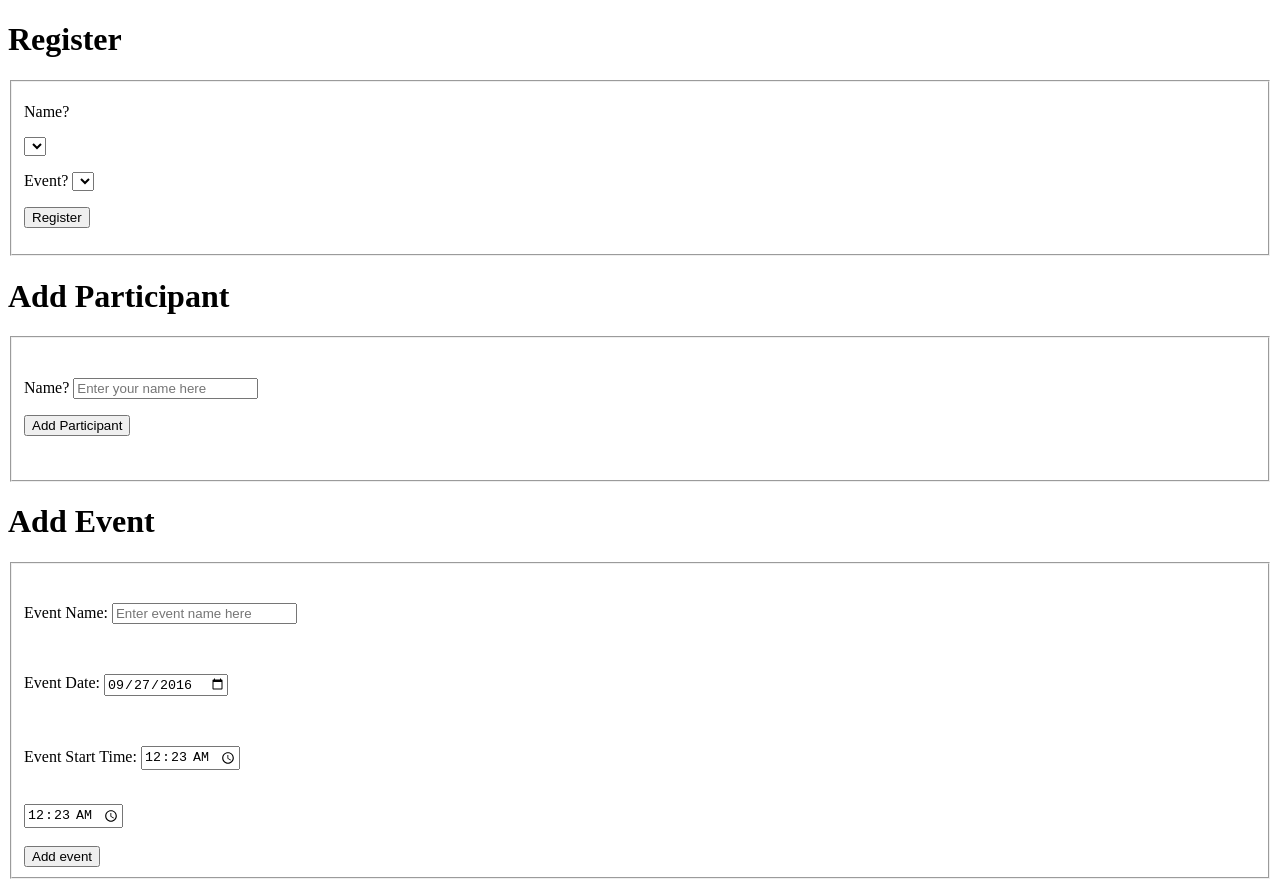
Repository: erickzhao/Event-Registration-Application
Page: http://localhost/
These files come from the project's save history. The page is drawn as it stood at one moment and after a run of saves; the edit follows.
The browser window is 1280 px wide. The pictures show the whole page.
The page is run by PHP 8.4 with error messages shown; the project is at /var/www/html/.

Above is the page before, as saved 2016-09-28 05:15:25.

### workspace-web/EventRegistration/EventRegistration/index.php
<!DOCTYPE html>
<html>
	<head>
		<meta charset="UTF-8">
		<title> Event Registration </title>
		<style>
			.error {color:#FF0000;}
		</style>
	</head>
	<body>
		<?php
			require_once "model/Participant.php";
			require_once "model/Registration.php";
			require_once "model/RegistrationManager.php";
			require_once "model/Event.php";
			require_once "persistence/PersistenceEventRegistration.php";
			session_start();

			//Retreive data from the model
			$pm = new PersistenceEventRegistration();
			$rm = $pm->loadDataFromStore();

			echo "<h1>Register</h1>";
			echo "<form action='register.php' method='post'>";
			echo "<fieldset>";
			echo "<p>Name?</p> <select name='participantspinner'>";
			foreach ($rm->getParticipants() as $participant){
				echo "<option>" . $participant->getName() . "</option>";
			}
			echo "</select><span class='error'>";
			if (isset($_SESSION['errorRegisterParticipant']) && !empty($_SESSION['errorRegisterParticipant'])){
				echo " * " . $_SESSION["errorRegisterParticipant"];
			}
			echo "</span></p>";
			echo "<p>Event? <select name='eventspinner'>";
			foreach ($rm->getEvents() as $event){
				echo "<option>" . $event->getName() . "</option>";
			}
			echo "</select><span class='error'>";
			if (isset($_SESSION['errorRegisterEvent']) && !empty($_SESSION['errorRegisterEvent'])){
				echo " * " . $_SESSION["errorRegisterEvent"];
			}
			echo "</span></p>";
			echo "<p><input type='submit' value='Register'/></p>";
			echo "</fieldset>";
			echo "</form>";
		?>
		<h1> Add Participant </h1>
		<form action = "addparticipant.php" method="post">
			<fieldset>
			<br>
			<p>Name? <input type="text" name="participant_name" placeholder="Enter your name here"/>
			<span class="error">
			<?php
			if (isset($_SESSION['errorParticipantName']) && !empty($_SESSION['errorParticipantName'])){
				echo " * " . $_SESSION["errorParticipantName"];
			}
			?>
			</span></p>
			<p><input type="submit" value="Add Participant"/></p>
			<br>
			</fieldset>
		</form>

		<h1>Add Event</h1>
		<form action = "addevent.php" method="post">
			<fieldset>
			<br>
			<p> Event Name: <input type="text" name="event_name" placeholder="Enter event name here"/>
			<span class="error">
			<?php
			if (isset($_SESSION['errorEventName']) && !empty($_SESSION['errorEventName'])){
				echo " * " . $_SESSION["errorEventName"];
			}
			?>
			</span></p>
			<br>
			<p> Event Date: <input type="date" name="event_date" value="<?php echo date('Y-m-d'); ?>" />
			<span class="error">
			<?php
			if (isset($_SESSION['errorEventDate']) && !empty($_SESSION['errorEventDate'])){
				echo " * " . $_SESSION["errorEventDate"];
			}
			?>
			</span></p>
			<br>
			<p> Event Start Time: <input type="time" name="starttime" value="<?php echo date('H:i'); ?>" />
			<span class="error">
			<?php
			if (isset($_SESSION['errorEventstarttime']) && !empty($_SESSION['errorEventstarttime'])){
				echo " * " . $_SESSION["errorEventstarttime"];
			}
			?>
			</span></p>
			<br>
			<input type="time" name="endtime" value="<?php echo date('H:i'); ?>" /> <br>
			<span class="error">
			<?php
			if (isset($_SESSION['errorEventendtime']) && !empty($_SESSION['errorEventendtime'])){
				echo " * " . $_SESSION["errorEventendtime"];
			}
			?>
			</span>
			<br>
			<input type="submit" value="Add event">
			<br>
			</fieldset>
		</form>
	</body>
</html>

### workspace-web/EventRegistration/EventRegistration/model/Participant.php
<?php
/*PLEASE DO NOT EDIT THIS CODE*/
/*This code was generated using the UMPLE 1.22.0.5146 modeling language!*/

class Participant
{

  //------------------------
  // MEMBER VARIABLES
  //------------------------

  //Participant Attributes
  private $name;

  //------------------------
  // CONSTRUCTOR
  //------------------------

  public function __construct($aName)
  {
    $this->name = $aName;
  }

  //------------------------
  // INTERFACE
  //------------------------

  public function setName($aName)
  {
    $wasSet = false;
    $this->name = $aName;
    $wasSet = true;
    return $wasSet;
  }

  public function getName()
  {
    return $this->name;
  }

  public function equals($compareTo)
  {
    return $this == $compareTo;
  }

  public function delete()
  {}

}
?>

### workspace-web/EventRegistration/EventRegistration/model/Registration.php
<?php
/*PLEASE DO NOT EDIT THIS CODE*/
/*This code was generated using the UMPLE 1.22.0.5146 modeling language!*/

class Registration
{

  //------------------------
  // STATIC VARIABLES
  //------------------------

  private static $nextId = 1;

  //------------------------
  // MEMBER VARIABLES
  //------------------------

  //Autounique Attributes
  private $id;

  //Registration Associations
  private $participant;
  private $event;

  //------------------------
  // CONSTRUCTOR
  //------------------------

  public function __construct($aParticipant, $aEvent)
  {
    $this->id = self::$nextId++;
    if (!$this->setParticipant($aParticipant))
    {
      throw new Exception("Unable to create Registration due to aParticipant");
    }
    if (!$this->setEvent($aEvent))
    {
      throw new Exception("Unable to create Registration due to aEvent");
    }
  }

  //------------------------
  // INTERFACE
  //------------------------

  public function getId()
  {
    return $this->id;
  }

  public function getParticipant()
  {
    return $this->participant;
  }

  public function getEvent()
  {
    return $this->event;
  }

  public function setParticipant($aNewParticipant)
  {
    $wasSet = false;
    if ($aNewParticipant != null)
    {
      $this->participant = $aNewParticipant;
      $wasSet = true;
    }
    return $wasSet;
  }

  public function setEvent($aNewEvent)
  {
    $wasSet = false;
    if ($aNewEvent != null)
    {
      $this->event = $aNewEvent;
      $wasSet = true;
    }
    return $wasSet;
  }

  public function equals($compareTo)
  {
    return $this == $compareTo;
  }

  public function delete()
  {
    $this->participant = null;
    $this->event = null;
  }

}
?>

### workspace-web/EventRegistration/EventRegistration/model/RegistrationManager.php
<?php
/*PLEASE DO NOT EDIT THIS CODE*/
/*This code was generated using the UMPLE 1.22.0.5146 modeling language!*/

class RegistrationManager
{

  //------------------------
  // STATIC VARIABLES
  //------------------------

  private static $theInstance = null;

  //------------------------
  // MEMBER VARIABLES
  //------------------------

  //RegistrationManager Associations
  private $registrations;
  private $participants;
  private $events;

  //------------------------
  // CONSTRUCTOR
  //------------------------

  private function __construct()
  {
    $this->registrations = array();
    $this->participants = array();
    $this->events = array();
  }

  public static function getInstance()
  {
    if(self::$theInstance == null)
    {
      self::$theInstance = new RegistrationManager();
    }
    return self::$theInstance;
  }

  //------------------------
  // INTERFACE
  //------------------------

  public function getRegistration_index($index)
  {
    $aRegistration = $this->registrations[$index];
    return $aRegistration;
  }

  public function getRegistrations()
  {
    $newRegistrations = $this->registrations;
    return $newRegistrations;
  }

  public function numberOfRegistrations()
  {
    $number = count($this->registrations);
    return $number;
  }

  public function hasRegistrations()
  {
    $has = $this->numberOfRegistrations() > 0;
    return $has;
  }

  public function indexOfRegistration($aRegistration)
  {
    $wasFound = false;
    $index = 0;
    foreach($this->registrations as $registration)
    {
      if ($registration->equals($aRegistration))
      {
        $wasFound = true;
        break;
      }
      $index += 1;
    }
    $index = $wasFound ? $index : -1;
    return $index;
  }

  public function getParticipant_index($index)
  {
    $aParticipant = $this->participants[$index];
    return $aParticipant;
  }

  public function getParticipants()
  {
    $newParticipants = $this->participants;
    return $newParticipants;
  }

  public function numberOfParticipants()
  {
    $number = count($this->participants);
    return $number;
  }

  public function hasParticipants()
  {
    $has = $this->numberOfParticipants() > 0;
    return $has;
  }

  public function indexOfParticipant($aParticipant)
  {
    $wasFound = false;
    $index = 0;
    foreach($this->participants as $participant)
    {
      if ($participant->equals($aParticipant))
      {
        $wasFound = true;
        break;
      }
      $index += 1;
    }
    $index = $wasFound ? $index : -1;
    return $index;
  }

  public function getEvent_index($index)
  {
    $aEvent = $this->events[$index];
    return $aEvent;
  }

  public function getEvents()
  {
    $newEvents = $this->events;
    return $newEvents;
  }

  public function numberOfEvents()
  {
    $number = count($this->events);
    return $number;
  }

  public function hasEvents()
  {
    $has = $this->numberOfEvents() > 0;
    return $has;
  }

  public function indexOfEvent($aEvent)
  {
    $wasFound = false;
    $index = 0;
    foreach($this->events as $event)
    {
      if ($event->equals($aEvent))
      {
        $wasFound = true;
        break;
      }
      $index += 1;
    }
    $index = $wasFound ? $index : -1;
    return $index;
  }

  public static function minimumNumberOfRegistrations()
  {
    return 0;
  }

  public function addRegistration($aRegistration)
  {
    $wasAdded = false;
    if ($this->indexOfRegistration($aRegistration) !== -1) { return false; }
    $this->registrations[] = $aRegistration;
    $wasAdded = true;
    return $wasAdded;
  }

  public function removeRegistration($aRegistration)
  {
    $wasRemoved = false;
    if ($this->indexOfRegistration($aRegistration) != -1)
    {
      unset($this->registrations[$this->indexOfRegistration($aRegistration)]);
      $this->registrations = array_values($this->registrations);
      $wasRemoved = true;
    }
    return $wasRemoved;
  }

  public function addRegistrationAt($aRegistration, $index)
  {
    $wasAdded = false;
    if($this->addRegistration($aRegistration))
    {
      if($index < 0 ) { $index = 0; }
      if($index > $this->numberOfRegistrations()) { $index = $this->numberOfRegistrations() - 1; }
      array_splice($this->registrations, $this->indexOfRegistration($aRegistration), 1);
      array_splice($this->registrations, $index, 0, array($aRegistration));
      $wasAdded = true;
    }
    return $wasAdded;
  }

  public function addOrMoveRegistrationAt($aRegistration, $index)
  {
    $wasAdded = false;
    if($this->indexOfRegistration($aRegistration) !== -1)
    {
      if($index < 0 ) { $index = 0; }
      if($index > $this->numberOfRegistrations()) { $index = $this->numberOfRegistrations() - 1; }
      array_splice($this->registrations, $this->indexOfRegistration($aRegistration), 1);
      array_splice($this->registrations, $index, 0, array($aRegistration));
      $wasAdded = true;
    }
    else
    {
      $wasAdded = $this->addRegistrationAt($aRegistration, $index);
    }
    return $wasAdded;
  }

  public static function minimumNumberOfParticipants()
  {
    return 0;
  }

  public function addParticipant($aParticipant)
  {
    $wasAdded = false;
    if ($this->indexOfParticipant($aParticipant) !== -1) { return false; }
    $this->participants[] = $aParticipant;
    $wasAdded = true;
    return $wasAdded;
  }

  public function removeParticipant($aParticipant)
  {
    $wasRemoved = false;
    if ($this->indexOfParticipant($aParticipant) != -1)
    {
      unset($this->participants[$this->indexOfParticipant($aParticipant)]);
      $this->participants = array_values($this->participants);
      $wasRemoved = true;
    }
    return $wasRemoved;
  }

  public function addParticipantAt($aParticipant, $index)
  {
    $wasAdded = false;
    if($this->addParticipant($aParticipant))
    {
      if($index < 0 ) { $index = 0; }
      if($index > $this->numberOfParticipants()) { $index = $this->numberOfParticipants() - 1; }
      array_splice($this->participants, $this->indexOfParticipant($aParticipant), 1);
      array_splice($this->participants, $index, 0, array($aParticipant));
      $wasAdded = true;
    }
    return $wasAdded;
  }

  public function addOrMoveParticipantAt($aParticipant, $index)
  {
    $wasAdded = false;
    if($this->indexOfParticipant($aParticipant) !== -1)
    {
      if($index < 0 ) { $index = 0; }
      if($index > $this->numberOfParticipants()) { $index = $this->numberOfParticipants() - 1; }
      array_splice($this->participants, $this->indexOfParticipant($aParticipant), 1);
      array_splice($this->participants, $index, 0, array($aParticipant));
      $wasAdded = true;
    }
    else
    {
      $wasAdded = $this->addParticipantAt($aParticipant, $index);
    }
    return $wasAdded;
  }

  public static function minimumNumberOfEvents()
  {
    return 0;
  }

  public function addEvent($aEvent)
  {
    $wasAdded = false;
    if ($this->indexOfEvent($aEvent) !== -1) { return false; }
    $this->events[] = $aEvent;
    $wasAdded = true;
    return $wasAdded;
  }

  public function removeEvent($aEvent)
  {
    $wasRemoved = false;
    if ($this->indexOfEvent($aEvent) != -1)
    {
      unset($this->events[$this->indexOfEvent($aEvent)]);
      $this->events = array_values($this->events);
      $wasRemoved = true;
    }
    return $wasRemoved;
  }

  public function addEventAt($aEvent, $index)
  {
    $wasAdded = false;
    if($this->addEvent($aEvent))
    {
      if($index < 0 ) { $index = 0; }
      if($index > $this->numberOfEvents()) { $index = $this->numberOfEvents() - 1; }
      array_splice($this->events, $this->indexOfEvent($aEvent), 1);
      array_splice($this->events, $index, 0, array($aEvent));
      $wasAdded = true;
    }
    return $wasAdded;
  }

  public function addOrMoveEventAt($aEvent, $index)
  {
    $wasAdded = false;
    if($this->indexOfEvent($aEvent) !== -1)
    {
      if($index < 0 ) { $index = 0; }
      if($index > $this->numberOfEvents()) { $index = $this->numberOfEvents() - 1; }
      array_splice($this->events, $this->indexOfEvent($aEvent), 1);
      array_splice($this->events, $index, 0, array($aEvent));
      $wasAdded = true;
    }
    else
    {
      $wasAdded = $this->addEventAt($aEvent, $index);
    }
    return $wasAdded;
  }

  public function equals($compareTo)
  {
    return $this == $compareTo;
  }

  public function delete()
  {
    $this->registrations = array();
    $this->participants = array();
    $this->events = array();
  }

}
?>

### workspace-web/EventRegistration/EventRegistration/model/Event.php
<?php
/*PLEASE DO NOT EDIT THIS CODE*/
/*This code was generated using the UMPLE 1.22.0.5146 modeling language!*/

class Event
{

  //------------------------
  // MEMBER VARIABLES
  //------------------------

  //Event Attributes
  private $name;
  private $eventDate;
  private $startTime;
  private $endTime;

  //------------------------
  // CONSTRUCTOR
  //------------------------

  public function __construct($aName, $aEventDate, $aStartTime, $aEndTime)
  {
    $this->name = $aName;
    $this->eventDate = $aEventDate;
    $this->startTime = $aStartTime;
    $this->endTime = $aEndTime;
  }

  //------------------------
  // INTERFACE
  //------------------------

  public function setName($aName)
  {
    $wasSet = false;
    $this->name = $aName;
    $wasSet = true;
    return $wasSet;
  }

  public function setEventDate($aEventDate)
  {
    $wasSet = false;
    $this->eventDate = $aEventDate;
    $wasSet = true;
    return $wasSet;
  }

  public function setStartTime($aStartTime)
  {
    $wasSet = false;
    $this->startTime = $aStartTime;
    $wasSet = true;
    return $wasSet;
  }

  public function setEndTime($aEndTime)
  {
    $wasSet = false;
    $this->endTime = $aEndTime;
    $wasSet = true;
    return $wasSet;
  }

  public function getName()
  {
    return $this->name;
  }

  public function getEventDate()
  {
    return $this->eventDate;
  }

  public function getStartTime()
  {
    return $this->startTime;
  }

  public function getEndTime()
  {
    return $this->endTime;
  }

  public function equals($compareTo)
  {
    return $this == $compareTo;
  }

  public function delete()
  {}

}
?>

### workspace-web/EventRegistration/EventRegistration/persistence/PersistenceEventRegistration.php
<?php
class PersistenceEventRegistration{
	private $filename;

	function __construc($filename = 'data.txt'){
		$this->filename = $filename;
	}

	function loadDataFromStore(){
		if (file_exists($this->filename)){
			$str = file_get_contents($this->filename);
			$rm = unserialize($str);
		} else {
			$rm = RegistrationManager::getInstance();
		}
		return $rm;
	}

	function writeDataToStore($rm){
		$str = serialize($rm);
		file_put_contents($this->filename, $str);
	}
}
?>

After the next 2 saves:
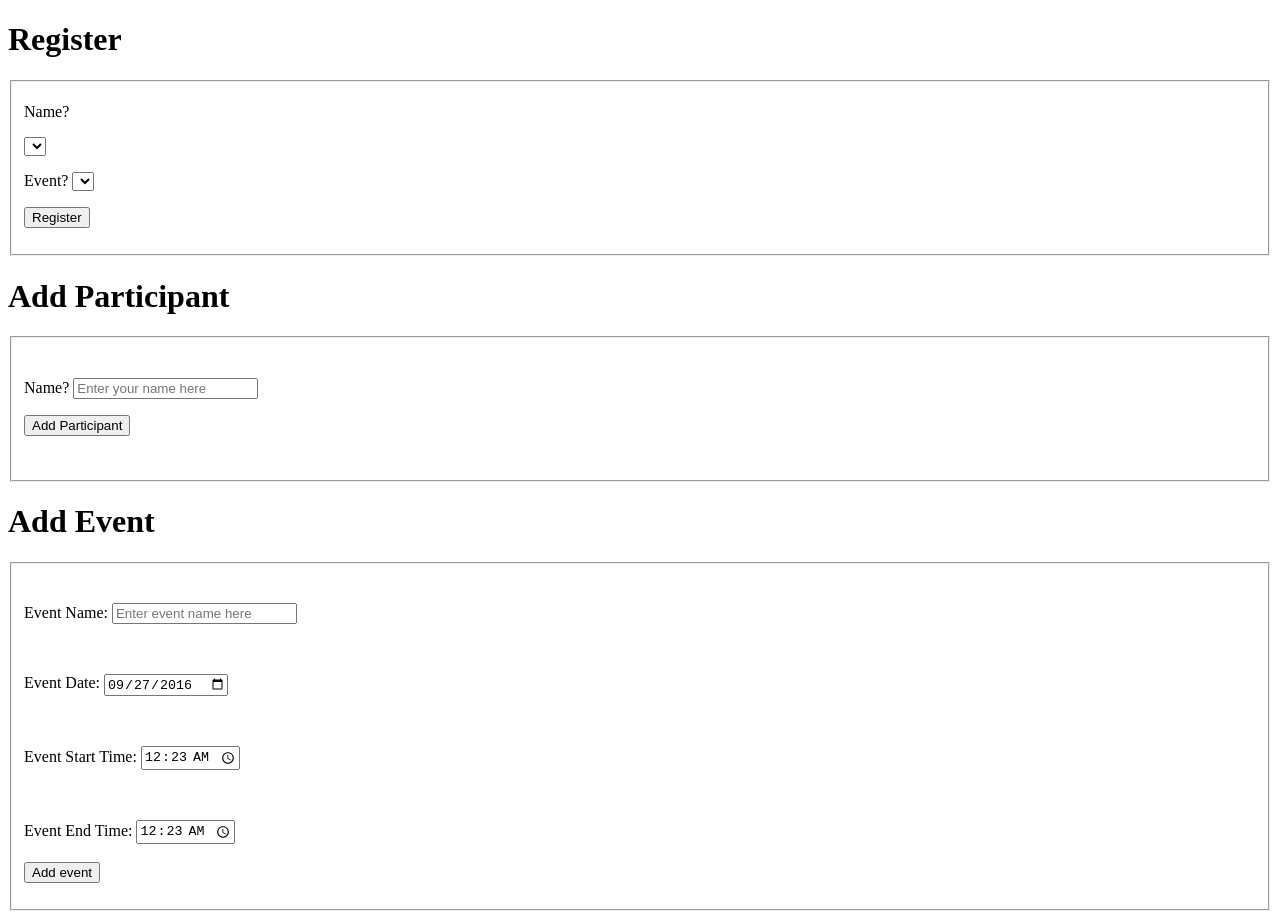
The 2 saves are shown as one change because they came seconds apart.
The last was saved 18 s later.
--- a/workspace-web/EventRegistration/EventRegistration/index.php
+++ b/workspace-web/EventRegistration/EventRegistration/index.php
@@ -93,7 +93,7 @@
 			?>
 			</span></p>
 			<br>
-			<input type="time" name="endtime" value="<?php echo date('H:i'); ?>" /> <br>
+			<p> Event End Time: <input type="time" name="endtime" value="<?php echo date('H:i'); ?>" /> <br>
 			<span class="error">
 			<?php
 			if (isset($_SESSION['errorEventendtime']) && !empty($_SESSION['errorEventendtime'])){
